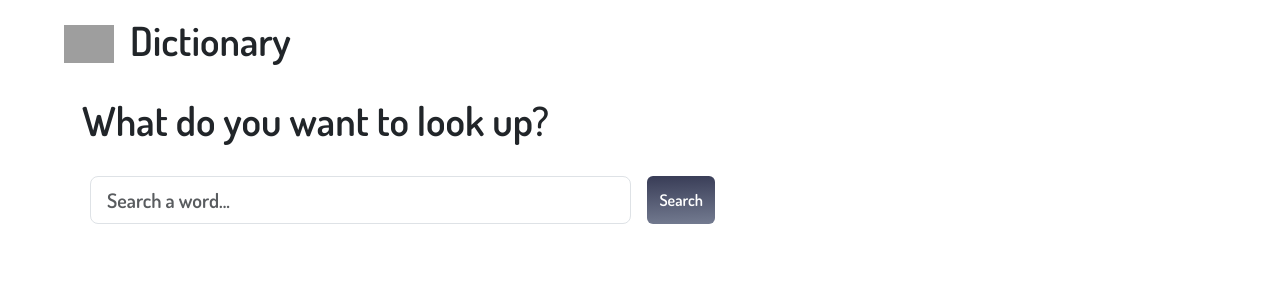
Repository: moehaymanmyint/react-dictionary-app
Page: /
An editor plug-in stored every save of this project. The page is shown before and after a run of saves, followed by the edit.
The browser window is 1280 px wide. The pictures show the whole page.
Pictures or frames that could not be fetched are drawn as grey boxes. The project was rebuilt for these pictures with package versions that can differ from the ones it lists, and the page was loaded fresh each time. Also part of the build but not shown: src/Synonyms.js, src/Meaning.js, src/Phonetics.js, src/Results.js.

Above is the page before, as saved 2024-09-06 12:04:09.

After the next 3 saves:
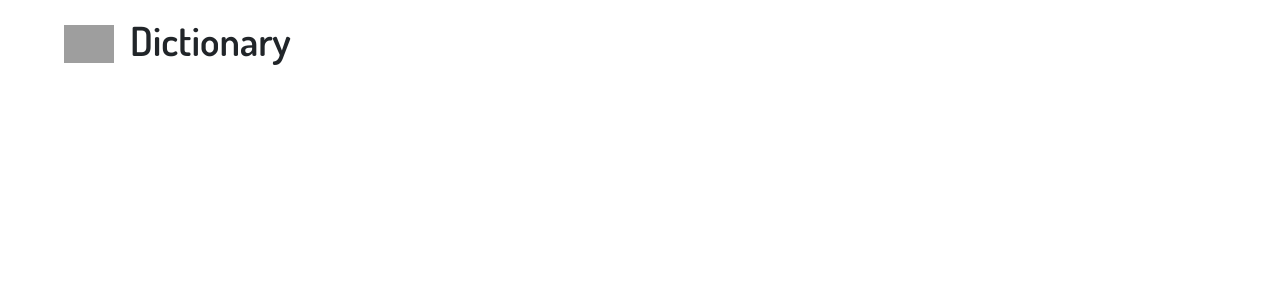
The 3 saves are shown as one change because 1 did not build or start and some came seconds apart.
The last was saved 73 s later.
--- a/src/Search.js
+++ b/src/Search.js
@@ -30,8 +30,10 @@ export default function Search(){
         Search();
     }
 
-    return (
-        <div className="Search">
+
+    if (loaded) {
+        return (
+            <div className="Search">
             <h1 className="my-4">What do you want to look up?</h1>
             <div className="row d-flex">
                 <div className="col-7">
@@ -48,5 +50,6 @@ export default function Search(){
                 </div>
             </div>
         </div>
-    );
+        );
+    }
 }
